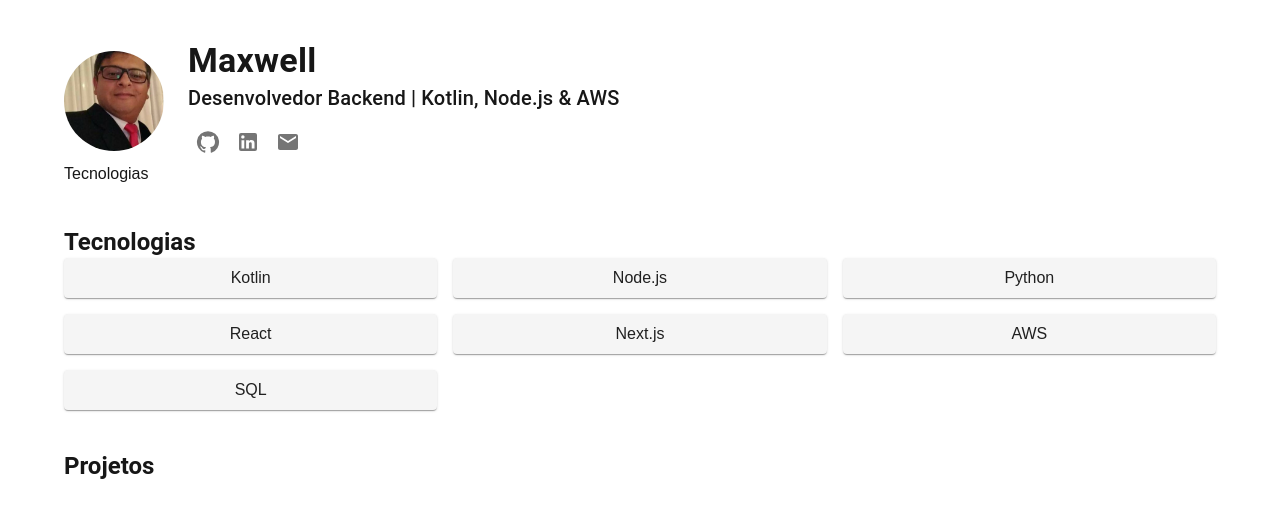
Repository: maxwelllbarboza/pagina-pessoal
Page: /
The author's editor kept a copy of each file at every save. The page is drawn from the files as they stood at one save, then again after the next save.
The browser window is 1280 px wide. The pictures show the whole page.
The project was rebuilt for these pictures with package versions that can differ from the ones it lists, and the page was loaded fresh each time. The framework's server and built-in components were replaced by stand-ins that run in the browser. Also part of the build but not shown: next.config.mjs, next.config.ts.

Above is the page before, as saved 2025-02-27 08:42:53.

After the next save:
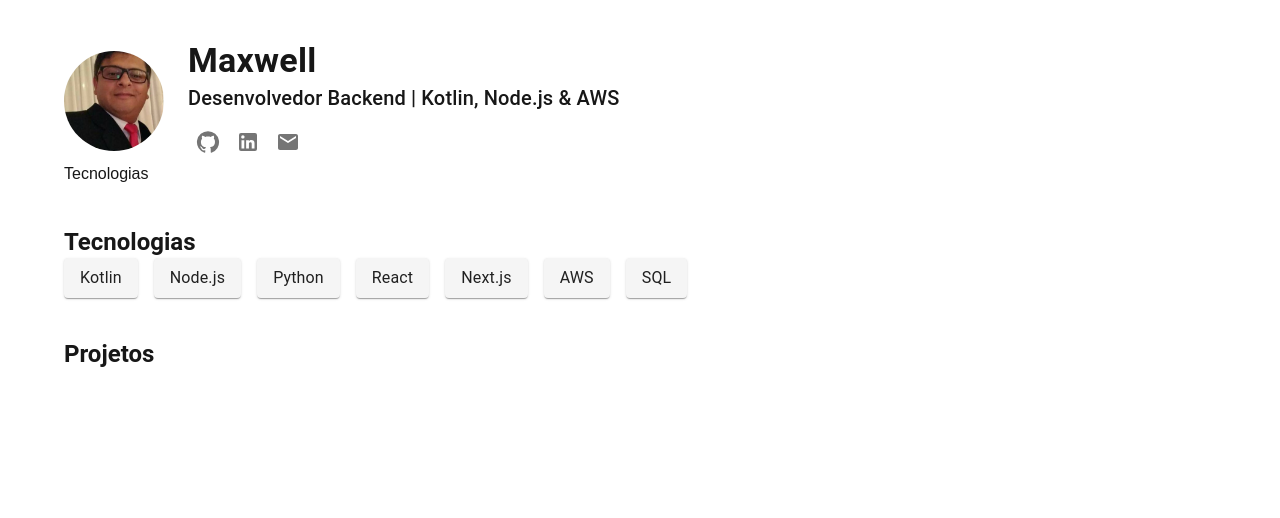
Saved 79 s later.
--- a/src/app/page.tsx
+++ b/src/app/page.tsx
@@ -32,12 +32,12 @@ export default function Home() {
     Tecnologias
     <Typography variant="h5" mt={5} fontWeight="bold">Tecnologias</Typography>
 
-    <Grid container spacing={{ xs: 2}} columns={{ xs: 4, sm: 8, md: 12 }} >
+    <Grid container spacing={{ xs: 2 }} columns={{ xs: 4, sm: 8, md: 12 }}>
       {skills.map((skill, index) => (
-        <Grid  key={index} size={{ xs: 2, sm: 4, md: 4 }}>
+        <Grid key={index} item xs={2} sm={4} md={4}>
           <motion.div whileHover={{ scale: 1.1 }}>
             <Card sx={{ px: 2, py: 1, textAlign: 'center', backgroundColor: '#f5f5f5' }}>
-              <item variant="body1">{skill}</item>
+              <Typography variant="body1">{skill}</Typography>
             </Card>
           </motion.div>
         </Grid>
